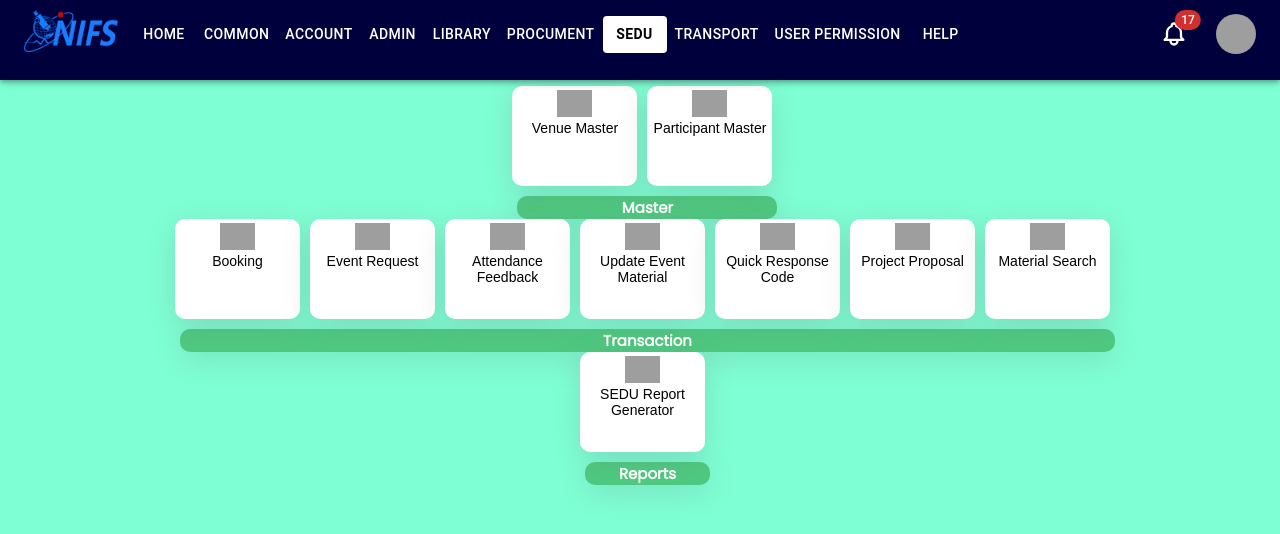
Repository: virangaj/NIFS-WebApp
Page: /sedu (app in client/)
An editor plug-in stored every save of this project. The page is shown before and after the next save, followed by the edit.
The browser window is 1280 px wide. The pictures show the whole page.
Pictures or frames that could not be fetched are drawn as grey boxes. The project was rebuilt for these pictures with package versions that can differ from the ones it lists, and the page was loaded fresh each time. Also part of the build but not shown: client/src/pages/Login.tsx, client/src/pages/Home.tsx, client/src/components/Transport/shared/TransportNavbar.js, client/src/pages/TransportMainPage.tsx, client/src/pages/CommonMainPage.tsx, client/src/pages/AccountMainPage.tsx, client/src/pages/AdminMainPage.tsx, client/src/pages/LibraryMainPage.js and 15 more.

Above is the page before, as saved 2022-07-30 14:39:32.

### client/public/index.html
<!DOCTYPE html>
<html lang="en">
	<head>
		<meta charset="utf-8" />
		<link rel="icon" href="nifs_logo.png" />
		<meta name="viewport" content="width=device-width, initial-scale=1" />
		<meta name="theme-color" content="#000000" />
		<meta
			name="description"
			content="Web site created using create-react-app"
		/>
		<link rel="apple-touch-icon" href="%PUBLIC_URL%/logo192.png" />
		<!--
      manifest.json provides metadata used when your web app is installed on a
      user's mobile device or desktop. See https://developers.google.com/web/fundamentals/web-app-manifest/
    -->
		<link rel="manifest" href="%PUBLIC_URL%/manifest.json" />
		<!--
      Notice the use of %PUBLIC_URL% in the tags above.
      It will be replaced with the URL of the `public` folder during the build.
      Only files inside the `public` folder can be referenced from the HTML.

      Unlike "/favicon.ico" or "favicon.ico", "%PUBLIC_URL%/favicon.ico" will
      work correctly both with client-side routing and a non-root public URL.
      Learn how to configure a non-root public URL by running `npm run build`.
    -->
		<link
			href="https://fonts.googleapis.com/css?family=Poppins"
			rel="stylesheet"
		/>
		<title>NIFS Dashboard</title>
	</head>
	<body>
		<noscript>You need to enable JavaScript to run this app.</noscript>
		<div id="root"></div>
		<!--
      This HTML file is a template.
      If you open it directly in the browser, you will see an empty page.

      You can add webfonts, meta tags, or analytics to this file.
      The build step will place the bundled scripts into the <body> tag.

      To begin the development, run `npm start` or `yarn start`.
      To create a production bundle, use `npm run build` or `yarn build`.
    -->
	</body>
</html>

### client/src/index.css
* {
  margin: 0;
}

body {
  font-family: 'Poppins';
  -webkit-font-smoothing: antialiased;
  -moz-osx-font-smoothing: grayscale;
  background-color: aliceblue;
}

:root {
  --main-navbar-back: #00003c;
  --nav-title-section-back: rgba(47, 163, 72, 0.589);
  --white: #fff;
  --black: #000;
  --gray: rgba(68, 68, 68, 0.432);
  --border-radius: 10px;
  --pimary: rgb(10, 94, 133);
  --warning: #ed3d63;

}


.nav-logo {
  width: 100px;
  height: auto;
}

a {
  text-decoration: none;
}


/* main navbar */
.main-navbar {
  background-color: var(--main-navbar-back) !important;
  width: 100% !important;
  height: 80px !important;

}



/* secondary navbar */
.secondary-navbar {
  margin: auto;
}

.nav-flex-section {
  display: -webkit-flex;
  display: -ms-flexbox;
  display: flex;
  -webkit-flex-wrap: wrap;
  -ms-flex-wrap: wrap;
  flex-wrap: wrap;
  justify-content: center;
}

.nav-flex-inside {
  margin-left: 5px;
  margin-left: 5px;
}

.nav-title {
  font-size: 15px;
  text-align: center;
  color: var(--white);
  font-weight: 600;

}

.nav-title-section {
  border-radius: var(--border-radius);
  background-color: var(--nav-title-section-back);
  box-shadow: rgba(100, 100, 111, 0.2) 0px 7px 29px 0px;
  pointer-events: none;
  margin-left: 10px;
  margin-left: 10px;
}

.nav-icon {
  width: 40px;
}

.nav-link {
  display: flex;
  display: -webkit-flex;
  display: -ms-flexbox;
  flex-direction: column;
  align-items: center;
  font-size: 14px;
  margin-left: 5px;
  margin-right: 5px;
  border: none;
  box-shadow: rgba(100, 100, 111, 0.2) 0px 7px 29px 0px;
  padding: 4px 8px 6px 8px;
  margin-bottom: 10px;
  text-align: center;
  width: 125px;
  border-radius: var(--border-radius);
  background-color: var(--white);
  outline: none;
  min-height: 100px;
}

.nav-link:hover {
  color: var(--pimary);
  cursor: pointer;
  box-shadow: rgba(81, 146, 177, 0.2) 0px 7px 29px 0px;
  background-color: rgb(254, 255, 205);
  border-bottom: 2px solid var(--warning);
}


.nav-link:active {
  color: var(--pimary);
  cursor: pointer;
  box-shadow: rgba(81, 146, 177, 0.2) 0px 7px 29px 0px;
  background-color: rgb(205, 248, 255);
  border-bottom: 2px solid var(--warning);
}

.nav-link-active {
  color: var(--pimary);
  cursor: pointer;
  box-shadow: rgba(81, 146, 177, 0.2) 0px 7px 29px 0px;
  background-color: rgb(205, 248, 255);
  border-bottom: 2px solid var(--warning);
}

/* body content*/
.body-content {
  margin: auto;
  width: 90%;
  margin-top: 12vh;

}

/* main page content */
.main-content {
  width: 90%;
  margin: auto;
  margin-top: 20px;
}

/* sub page content */

.sub-body-content {
  border: 2px solid var(--gray);
  border-radius: var(--border-radius);
  padding: 10px;
}

.sub-body-title {
  font-size: 24px;
}



/* error page */
.error-page {
  border: 2px solid var(--gray);
  border-radius: var(--border-radius);
  height: 50vh;
  width: 50vw;
  margin: auto;
  margin-top: 50px;
}

.error-page-content {
  text-align: center;
  margin-top: 50px;
}

.error-page-content h1 {
  font-size: 100px;
  color: var(--warning);
  font-weight: 700;
  pointer-events: none;

}

.error-page-content p {
  font-size: 20px;
  margin-bottom: 20px;
  pointer-events: none;
}


@media screen and (max-width: 1366px) {
  body {
    background-color: aquamarine;
  }

  .nav-link {
    font-size: 14px;
    padding: 4px 4px 6px 4px;
    width: 125px;
    min-height: 100px;
  }

  .nav-icon {
    width: 35px;
  }
}

### client/src/App.tsx
import React, { useEffect } from 'react';
import Navbar from './components/shared/Navbar';
import Login from './pages/Login'
import { BrowserRouter as Router, Route, Routes } from 'react-router-dom'
import Home from './pages/Home';
import TransportMainPage from './pages/TransportMainPage';
import CommonMainPage from './pages/CommonMainPage';
import AccountMainPage from './pages/AccountMainPage';
import AdminMainPage from './pages/AdminMainPage';
import LibraryMainPage from './pages/LibraryMainPage';
import ProcumentMainPage from './pages/ProcumentMainPage';
import SeduMainPage from './pages/SeduMainPage';
import UserPermissionMainPage from './pages/UserPermissionMainPage';
import NotificationMainPage from './pages/NotificationMainPage';
import HelpMainPage from './pages/HelpMainPage';
import ErrorPage from './pages/ErrorPage';


function App() {


  return (
    <Router>
      <Navbar />
      <Routes>

        <Route path="/login" element={<Login />} />
        <Route path="/" element={<Home />} />
        <Route path="/common/*" element={<CommonMainPage />} />
        <Route path="/account/*" element={<AccountMainPage />} />
        <Route path="/admin/*" element={<AdminMainPage />} />
        <Route path="/library/*" element={<LibraryMainPage />} />
        <Route path="/procument/*" element={<ProcumentMainPage />} />
        <Route path="/sedu/*" element={<SeduMainPage />} />
        <Route path="/transport/*" element={<TransportMainPage />} />
        <Route
          path="/user-permission/*"
          element={<UserPermissionMainPage />}
        />
        <Route
          path="/notification/*"
          element={<NotificationMainPage />}
        />
        <Route path="/help/*" element={<HelpMainPage />} />
        <Route path="/error-404" element={<ErrorPage />} />
      </Routes>


    </Router>
  );
}

export default App;

### client/src/components/shared/Navbar.tsx
import * as React from 'react';
import AppBar from '@mui/material/AppBar';
import Box from '@mui/material/Box';
import Toolbar from '@mui/material/Toolbar';
import IconButton from '@mui/material/IconButton';
import Typography from '@mui/material/Typography';
import Menu from '@mui/material/Menu';
import Container from '@mui/material/Container';
import Avatar from '@mui/material/Avatar';
import Button from '@mui/material/Button';
import Tooltip from '@mui/material/Tooltip';
import MenuItem from '@mui/material/MenuItem';
import { HiMenuAlt2, HiOutlineBell } from "react-icons/hi";
import Badge from '@mui/material/Badge';
import Logo from '../../images/nifs_logo.png'
import { Link, useLocation } from 'react-router-dom';
import Pages from '../data/MainNavPages.json';

const settings = [
    {
        id: 0,
        title: 'Login',
        link: '/login',
    },
];
const Navbar = () => {

    // nav bar function and variables
    const location: any = useLocation();

    const [anchorElNav, setAnchorElNav] = React.useState<null | HTMLElement>(null);
    const [anchorElUser, setAnchorElUser] = React.useState<null | HTMLElement>(null);

    const handleOpenNavMenu = (event: React.MouseEvent<HTMLElement>) => {
        setAnchorElNav(event.currentTarget);
    };
    const handleOpenUserMenu = (event: React.MouseEvent<HTMLElement>) => {
        setAnchorElUser(event.currentTarget);
    };

    const handleCloseNavMenu = () => {
        setAnchorElNav(null);
    };

    const handleCloseUserMenu = () => {
        setAnchorElUser(null);
    };

    return (
        <AppBar position="fixed" className="main-navbar">
            <Container maxWidth="xl">
                <Toolbar disableGutters>
                    {/*Responsive view start here  */}
                    <Box sx={{ display: { xs: 'none', md: 'flex' }, mr: 1 }}>
                        <Link to='/'>
                            <img src={Logo} alt="logo" className="nav-logo" />
                        </Link>
                    </Box>


                    <Box sx={{ flexGrow: 1, display: { xs: 'flex', md: 'none' } }}>
                        <IconButton
                            size="large"
                            aria-label="account of current user"
                            aria-controls="menu-appbar"
                            aria-haspopup="true"
                            onClick={handleOpenNavMenu}
                            color="inherit"
                        >
                            <HiMenuAlt2 />
                        </IconButton>
                        <Menu
                            id="menu-appbar"
                            anchorEl={anchorElNav}
                            anchorOrigin={{
                                vertical: 'bottom',
                                horizontal: 'left',
                            }}
                            keepMounted
                            transformOrigin={{
                                vertical: 'top',
                                horizontal: 'left',
                            }}
                            open={Boolean(anchorElNav)}
                            onClose={handleCloseNavMenu}
                            sx={{
                                display: { xs: 'block', md: 'none' },
                            }}
                        >
                            {Pages && Pages.map((page, index) => (
                                location.pathname.split('/')[1] === page.link.split('/')[1] ?
                                    <Link to={page.link} style={{ textDecoration: 'none' }} key={index}>
                                        <Button

                                            onClick={handleCloseNavMenu}
                                            sx={{ my: 2, color: 'white', display: 'block' }}
                                            style={{ backgroundColor: '#000', color: '#fff', fontWeight: 700 }}
                                        >
                                            {page.title}
                                        </Button>
                                    </Link>
                                    :
                                    <Link to={page.link} style={{ textDecoration: 'none' }} key={index}>
                                        <Button
                                            key={page.id}
                                            onClick={handleCloseNavMenu}
                                            sx={{ my: 2, color: 'white', display: 'block' }}
                                            style={{ backgroundColor: '#fff', color: '#000' }}
                                        >
                                            {page.title}
                                        </Button>
                                    </Link>
                            ))}
                        </Menu>
                    </Box>
                    {/* Responsive view ends here */}

                    {/* Full width starts here */}
                    <Box
                        sx={{
                            mr: 2,
                            display: { xs: 'flex', md: 'none' },
                            flexGrow: 1,
                        }}
                    >
                        <Link to='/'>
                            <img src={Logo} alt="logo" className="nav-logo" />
                        </Link>
                    </Box>

                    <Box sx={{ flexGrow: 1, display: { xs: 'none', md: 'flex' } }}>
                        {Pages.map((page, index) => (
                            location.pathname.split('/')[1] === page.link.split('/')[1] ?
                                <Link to={page.link} style={{ textDecoration: 'none' }} key={index}>
                                    <Button
                                        onClick={handleCloseNavMenu}
                                        sx={{ my: 2, color: 'white', display: 'block' }}
                                        style={{ backgroundColor: '#fff', color: '#000', fontWeight: 700 }}


                                    >
                                        {page.title}
                                    </Button>
                                </Link>
                                :
                                <Link to={page.link} style={{ textDecoration: 'none' }} key={index}>
                                    <Button
                                        key={page.id}
                                        onClick={handleCloseNavMenu}
                                        sx={{ my: 2, color: 'white', display: 'block' }}

                                    >
                                        {page.title}
                                    </Button>
                                </Link>
                        ))}
                    </Box>
                    <IconButton
                        size="large"
                        aria-label="show 17 new notifications"
                        color="inherit"
                        sx={{ mr: 2 }}
                    >
                        <Badge badgeContent={17} color="error">
                            <HiOutlineBell />
                        </Badge>
                    </IconButton>
                    <Box sx={{ flexGrow: 0 }}>
                        <Tooltip title="Open settings">
                            <IconButton onClick={handleOpenUserMenu} sx={{ p: 0 }}>
                                <Avatar alt="Remy Sharp" src="/static/images/avatar/2.jpg" />
                            </IconButton>
                        </Tooltip>
                        <Menu
                            sx={{ mt: '45px' }}
                            id="menu-appbar"
                            anchorEl={anchorElUser}
                            anchorOrigin={{
                                vertical: 'top',
                                horizontal: 'right',
                            }}
                            keepMounted
                            transformOrigin={{
                                vertical: 'top',
                                horizontal: 'right',
                            }}
                            open={Boolean(anchorElUser)}
                            onClose={handleCloseUserMenu}
                        >
                            {settings && settings.map((setting, index) => (
                                <MenuItem key={index} onClick={handleCloseUserMenu}>
                                    <Typography textAlign="center">{setting.title}</Typography>
                                </MenuItem>
                            ))}
                        </Menu>
                    </Box>
                </Toolbar>
            </Container>
        </AppBar>
    );
};
export default Navbar;

### client/src/pages/SeduMainPage.tsx
import React from 'react';
import { Route, Routes } from 'react-router-dom';
import AttendanceFeedback from '../components/sedu/AttendanceFeedback';
import EventRequest from '../components/sedu/EventRequest';
import MaterialSearch from '../components/sedu/MaterialSearch';
import ParticipantMaster from '../components/sedu/ParticipantMaster';
import ProjectProposal from '../components/sedu/ProjectProposal';
import QuickResponseCode from '../components/sedu/QuickResponseCode';
import SeduBooking from '../components/sedu/SeduBooking';
import SeduReportGenerator from '../components/sedu/SeduReportGenerator';
import SeduSecondaryNavbar from '../components/sedu/shared/SeduSecondaryNavbar';
import UpdateEventMaterial from '../components/sedu/UpdateEventMaterial';
import VenueMaster from '../components/sedu/VenueMaster';
import SecondaryNavbar from '../components/shared/SecondaryNavbar';
import Pages from '../components/data/SeduNavData.json'

// sedu main page where all other section of sedu department can be access from here
function SeduMainPage() {
	// console.log(Pages);


	return <div className='body-content'>
		{/* <SeduSecondaryNavbar /> */}
		<SecondaryNavbar pages={Pages} />
		<div className="main-content">
			<Routes>
				<Route path="/venue-master" element={<VenueMaster />} />
				<Route path="/participant-master" element={<ParticipantMaster />} />
				<Route path="/booking" element={<SeduBooking />} />
				<Route path="/event-request" element={<EventRequest />} />
				<Route path="/attendance-feedback" element={<AttendanceFeedback />} />
				<Route path="/update-material" element={<UpdateEventMaterial />} />
				<Route path="/quick-response" element={<QuickResponseCode />} />
				<Route path="/project-proposal" element={<ProjectProposal />} />
				<Route path="/material-search" element={<MaterialSearch />} />
				<Route path="/report-generator" element={<SeduReportGenerator />} />

			</Routes>
		</div>
	</div>;
}

export default SeduMainPage;

### client/src/components/data/MainNavPages.json
[
    {
        "id": 0,
        "title": "Home",
        "link": "/"
    },
    {
        "id": 1,
        "title": "Common",
        "link": "/common"
    },
    {
        "id": 2,
        "title": "Account",
        "link": "/account"
    },
    {
        "id": 3,
        "title": "Admin",
        "link": "/admin"
    },
    {
        "id": 4,
        "title": "Library",
        "link": "/library"
    },
    {
        "id": 5,
        "title": "Procument",
        "link": "/procument"
    },
    {
        "id": 6,
        "title": "SEDU",
        "link": "/sedu"
    },
    {
        "id": 7,
        "title": "Transport",
        "link": "/transport"
    },
    {
        "id": 8,
        "title": "User Permission",
        "link": "/user-permission"
    },
    {
        "id": 10,
        "title": "Help",
        "link": "/help"
    }
]

### client/src/components/shared/SecondaryNavbar.tsx
import React from 'react'

import Box from '@mui/material/Box';
import { Link, useLocation } from 'react-router-dom';
import Employees from '../data/Employee.json';
function SecondaryNavbar(props: any) {
    const location = useLocation();
    const user = Employees[0];
    // const isAdmin: Boolean = user.deparment.toUpperCase() === location.pathname.split('/')[1].toUpperCase() && user.admin === true;
    const isAdmin: Boolean = true;

    console.log(isAdmin)
    const pages: any = props.pages;
    return (
        <Box sx={{ width: '90%' }} className="secondary-navbar nav-flex-section">
            {pages.map((content: any, index: number) => (
                isAdmin ? <div className='nav-flex-inside' key={index}>
                    <div className='nav-flex-section'>
                        {content.routes.map((page: any, i: number) => (
                            <Link to={page.link} key={i}>
                                <button className={location.pathname === page.link ? 'nav-link nav-link-active' : 'nav-link'}><span ><img src={page.img} alt={page.title} className='nav-icon' /></span> {page.title}</button>
                            </Link>
                        ))}
                    </div>
                    <div className='nav-title-section'>
                        <p className='nav-title'>{content.section}</p>
                    </div>
                </div> :
                    !content.only_admin ? <div className='nav-flex-inside' key={index}>
                        <div className='nav-flex-section'>
                            {content.routes.map((page: any, i: number) => (
                                isAdmin ? <Link to={page.link} key={i}>
                                    <button className={location.pathname === page.link ? 'nav-link nav-link-active' : 'nav-link'}><span ><img src={page.img} alt={page.title} className='nav-icon' /></span> {page.title}</button>
                                </Link> : (!page.only_admin ? <Link to={page.link} key={i}>
                                    <button className={location.pathname === page.link ? 'nav-link nav-link-active' : 'nav-link'}><span ><img src={page.img} alt={page.title} className='nav-icon' /></span> {page.title}</button>
                                </Link> : "")
                            ))}
                        </div>
                        <div className='nav-title-section'>
                            <p className='nav-title'>{content.section}</p>
                        </div>
                    </div> : ""
            ))}

        </Box>


    )
}

export default SecondaryNavbar

### client/src/components/data/SeduNavData.json
[
    {
        "section": "Master",
        "only_admin": false,
        "routes": [
            {
                "title": "Venue Master",
                "link": "/sedu/venue-master",
                "img": "https://img.icons8.com/fluency/50/000000/home.png",
                "only_admin": false
            },
            {
                "title": "Participant Master",
                "link": "/sedu/participant-master",
                "img": "https://img.icons8.com/fluency/50/000000/conference-foreground-selected.png",
                "only_admin": false
            }
        ]
    },
    {
        "section": "Transaction",
        "only_admin": false,
        "routes": [
            {
                "title": "Booking",
                "link": "/sedu/booking",
                "img": "https://img.icons8.com/fluency/50/000000/calendar-plus.png",
                "only_admin": false
            },
            {
                "title": "Event Request",
                "link": "/sedu/event-request",
                "img": "https://img.icons8.com/fluency/50/000000/invite.png",
                "only_admin": false
            },
            {
                "title": "Attendance Feedback",
                "link": "/sedu/attendance-feedback",
                "img": "https://img.icons8.com/fluency/50/000000/feedback-hub.png",
                "only_admin": false
            },
            {
                "title": " Update Event Material",
                "link": "/sedu/update-material",
                "img": "https://img.icons8.com/fluency/50/000000/available-updates.png",
                "only_admin": false
            },
            {
                "title": "Quick Response Code",
                "link": "/sedu/quick-response",
                "img": "https://img.icons8.com/fluency/50/000000/barcode-scanner.png",
                "only_admin": false
            },
            {
                "title": "Project Proposal",
                "link": "/sedu/project-proposal",
                "img": "https://img.icons8.com/fluency/50/000000/documents.png",
                "only_admin": false
            },
            {
                "title": "Material Search",
                "link": "/sedu/material-search",
                "img": "https://img.icons8.com/fluency/50/000000/search.png",
                "only_admin": false
            }
        ]
    },
    {
        "section": "Reports",
        "only_admin": true,
        "routes": [
            {
                "title": "SEDU Report Generator",
                "link": "/sedu/report-generator",
                "img": "https://img.icons8.com/cute-clipart/50/000000/load-from-file.png",
                "only_admin": true
            }
        ]
    }
]

### client/src/components/data/Employee.json
[
    {
        "id": 0,
        "value": "Mr. Kamal",
        "admin": true,
        "deparment": "Transpoort"
    },
    {
        "id": 1,
        "value": "Mr. Sunil",
        "admin": true,
        "deparment": "SEDU"
    },
    {
        "id": 2,
        "value": "Mr. Kusal",
        "admin": false,
        "deparment": "Transpoort"
    },
    {
        "id": 3,
        "value": "Mrs. Nayana",
        "admin": false,
        "deparment": "SEDU"
    },
    {
        "id": 4,
        "value": "Miss Rashmi",
        "admin": false,
        "deparment": "Transpoort"
    }
]

Loaded but not shown: client/src/index.tsx (common file); client/src/reportWebVitals.ts (common file)

After the next save:
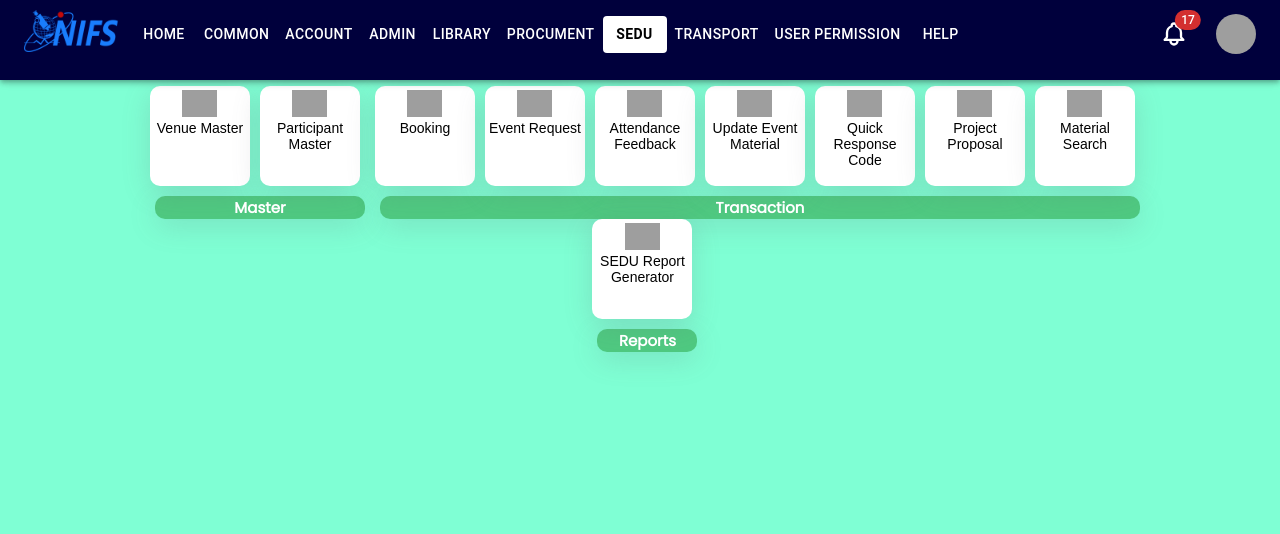
Saved 9 s later.
--- a/client/src/index.css
+++ b/client/src/index.css
@@ -196,7 +196,7 @@ a {
   .nav-link {
     font-size: 14px;
     padding: 4px 4px 6px 4px;
-    width: 125px;
+    width: 100px;
     min-height: 100px;
   }
 
